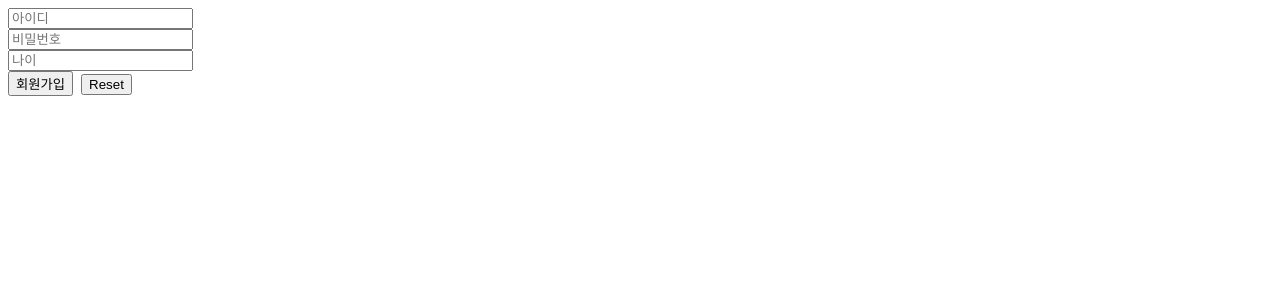
Repository: jjjjjjji-hun/jsp_practice
Page: http://localhost/JSPBasic/jspObject/1.requests/req_join_form.jsp
These files come from the project's save history. The page is drawn as it stood at one moment and after the next save; the edit follows.
The browser window is 1280 px wide. The pictures show the whole page.
The page is served by Tomcat 9.

Above is the page before, as saved 2022-02-04 02:07:39.

After the next save:
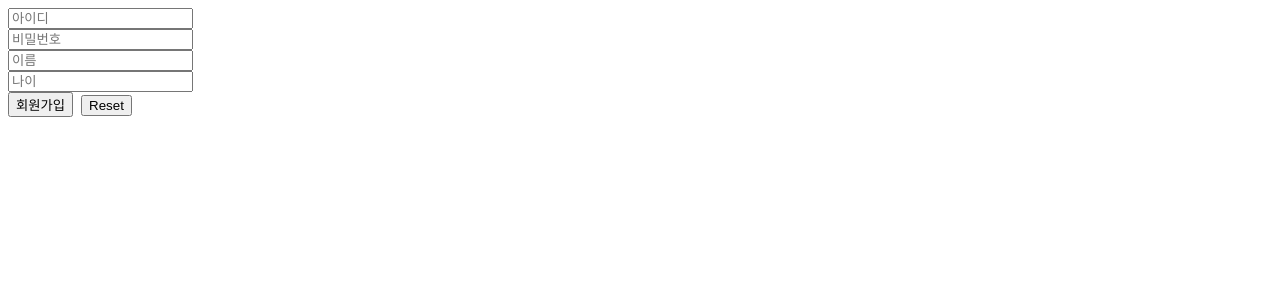
Saved 30 s later.
--- a/JSPBasic/src/main/webapp/jspObject/1.requests/req_join_form.jsp
+++ b/JSPBasic/src/main/webapp/jspObject/1.requests/req_join_form.jsp
@@ -10,6 +10,7 @@
 	<form action="req_join_result.jsp" method="post">
 	<input type="text" name="id" placeholder="아이디"/><br/>
 	<input type="password" name="pw" placeholder="비밀번호"/><br/>
+	<input type="text" name="name" placeholder="이름"/><br/>
 	<input type="text" name="age" placeholder="나이"/><br/>
 	<input type="submit" value="회원가입"/>&nbsp;
 	<input type="reset"/>
